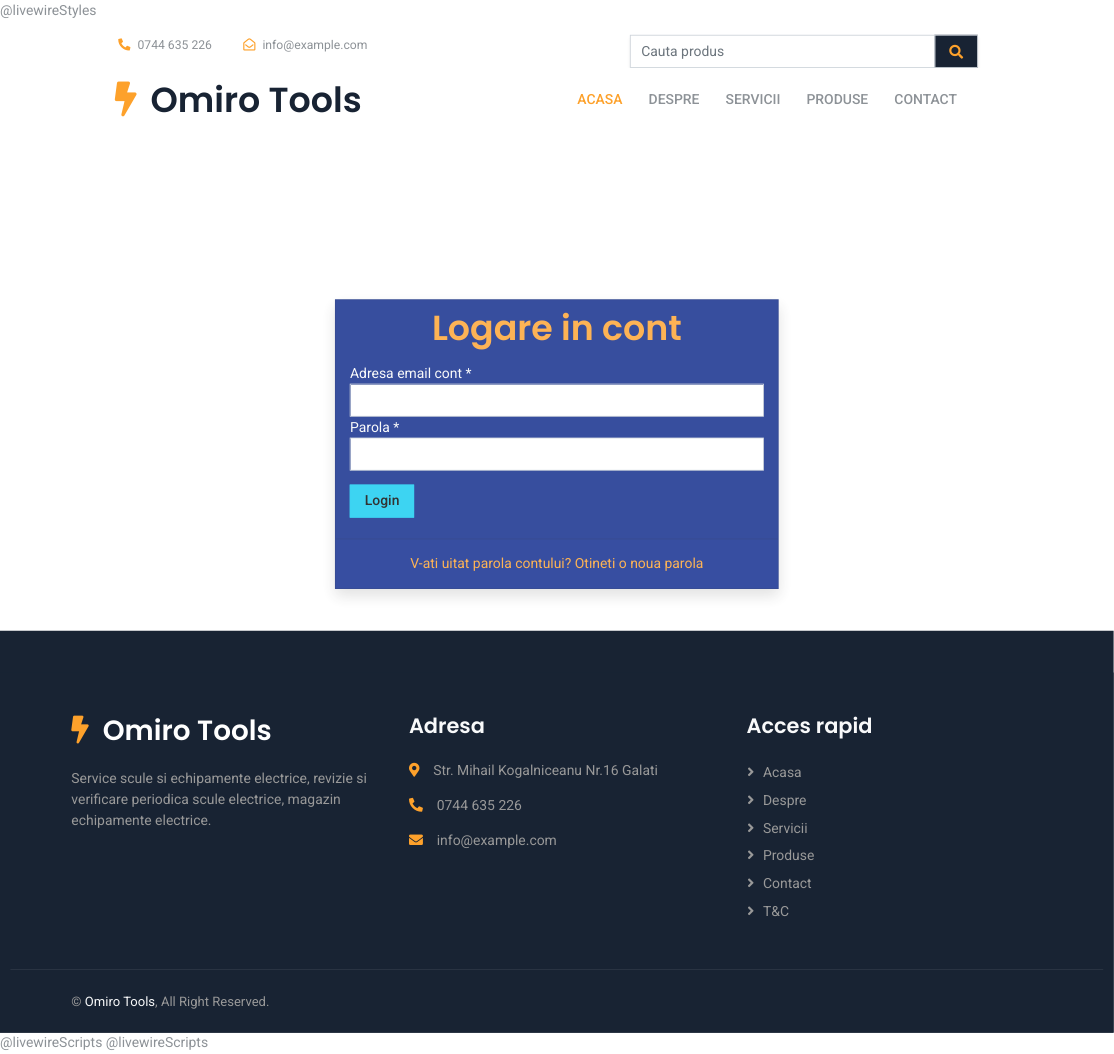
Repository: sorina0109/laravel_test
Page: http://localhost/login
These files come from the project's save history. The page is drawn as it stood at one moment and after the next save; the edit follows.
The browser window is 1280 px wide. The pictures show the whole page, at 87% of full size.
Some web libraries are served in a nearby version. The page is served by the project's Laravel application, run on PHP 8.4 with Laravel 10. Other server files are loaded and not shown.

Above is the page before, as saved 2023-08-15 15:03:19.

### routes/web.php
<?php

use Illuminate\Support\Facades\Route;

/*
|--------------------------------------------------------------------------
| Web Routes
|--------------------------------------------------------------------------
|
| Here is where you can register web routes for your application. These
| routes are loaded by the RouteServiceProvider within a group which
| contains the "web" middleware group. Now create something great!
|
*/

//Route::get('/', function () {
//    return view('welcome');
//});

Route::get('/dashboard', function () {
    return view('dashboard');
})->middleware(['auth'])->name('dashboard');

require __DIR__ . '/auth.php';
// rutele publice
require __DIR__ . '/front/pages.php';
//rutele pentru panoul de control al utilizatorilor
require __DIR__ . '/front/user.php';
//rutele pentru panoul de control al utilizatorilor
require __DIR__ . '/front/contact.php';

//rutele pentru personalul administrativ al sitului
require __DIR__ . '/admin/staff.php';

//rutele pentru userii externi ai sitului
require __DIR__ . '/admin/users.php';

//========================================
//rutele de administrare a continutului
//=======================================


//rutele pentru sectiuni
require __DIR__ . '/admin/content/sections.php';

//rutele pentru categorii
require __DIR__ . '/admin/content/categories.php';

//rutele pentru branduri
require __DIR__ . '/admin/content/brands.php';

//rutele pentru produse
require __DIR__ . '/admin/content/products.php';


// ======================
//rutele frontend pentru continut
// ========================

//rutele publice pentru sectiuni, categorii si produse
require __DIR__ . '/front/content/products.php';

### app/Http/Controllers/Auth/EmailVerificationPromptController.php
<?php

namespace App\Http\Controllers\Auth;

use App\Http\Controllers\Controller;
use App\Providers\RouteServiceProvider;
use Illuminate\Http\Request;

class EmailVerificationPromptController extends Controller
{
    /**
     * Display the email verification prompt.
     *
     * @param  \Illuminate\Http\Request  $request
     * @return mixed
     */
    public function __invoke(Request $request)
    {
        return $request->user()->hasVerifiedEmail()
            // ? redirect()->intended(RouteServiceProvider::HOME)
            ? redirect()->intended(route('home'))
            // : view('auth.verify-email');
            : view('front.user.verify-email');
    }
}

### routes/front/pages.php
<?php
use Illuminate\Support\Facades\Route;
use App\Http\Controllers\Front\PagesController;



//rutele pentru paginile publice
Route::get('/', [PagesController::class, 'homePage'])->name('home');
Route::get('/shop', [PagesController::class, 'shopPage'])->name('shop');
Route::get('/contact', [PagesController::class, 'contactPage'])->name('contact');
Route::get('/servicii', [PagesController::class, 'serviciiPage'])->name('servicii');
Route::get('/despre', [PagesController::class, 'desprePage'])->name('despre');
Route::get('/search', [PagesController::class, 'searchPage'])->name('search');
Route::get('/termeni',[PagesController::class, 'termeniPage'])->name('termeni');

### routes/front/user.php
<?php

use Illuminate\Support\Facades\Route;
use App\Http\Controllers\Front\UserController;

//rutele pentru paginile publice

Route::prefix('user/cpanel')->middleware(['verified', 'auth'])->group(function () {

    Route::get('/', [UserController::class, 'showSettings'])->name('settings');
    Route::get('/reset-pass', [UserController::class, 'showResetPass'])->name('reset-pass');
    Route::post('/reset-pass', [UserController::class, 'resetPass'])->name('change-pass');
    Route::post('/sesizari', [UserController::class, 'sesizariUser'])->name('sesizari');

});

### routes/front/contact.php
<?php

use Illuminate\Support\Facades\Route;
use App\Http\Controllers\Front\UserController;
use App\Http\Controllers\Front\ContactController;


// ruta pentru formularul de contact
Route::post('/contact', [ContactController::class, 'storeContact'])->name('contact.store');

### routes/admin/users.php
<?php

use Illuminate\Support\Facades\Route;
use App\Http\Controllers\Admin\UsersController;



//rutele pentru administrarea userilor externi
Route::prefix('staff/cpanel/users')->middleware(['auth:staff', 'manager'])->group(function () {

    //ruta pentru afisarea userilor externi
    Route::get('show', [UsersController::class, 'showUsers'])->name('show.users');

    // ruta pentru afisare mesaje de la utilizatori
    Route::get('list', [UsersController::class, 'listContact'])->name('list.contact');

    // ruta pentru stergerea mesajelor de la utilizatori
    Route::delete('list/contact/{id}', [UsersController::class, 'deleteContact'])->name('contact.delete');

});

### routes/admin/content/sections.php
<?php

use Illuminate\Support\Facades\Route;
use App\Http\Controllers\Admin\Content\SectionsController;

Route::prefix('staff/content/sections')->middleware(['auth:staff'])->group(function () {
    //afisam lista cu sectiuni
    Route::get('list', [SectionsController::class, 'listSections'])->name('sections.list');
    Route::get('new', [SectionsController::class, 'newSection'])->name('sections.new');

    //crearea unei noi sectiuni
    Route::post('new', [SectionsController::class, 'addSection'])->name('sections.add');
    //afisarea formularului de editare a unei sectiuni
    Route::get('edit/{id}', [SectionsController::class, 'editSection'])->name('sections.edit');
    //updatarea unei sectiuni
    Route::put('update/{id}', [SectionsController::class, 'updateSection'])->name('sections.update');
    //Stergerea unei sectiuni
    Route::delete('delete/{id}', [SectionsController::class, 'deleteSection'])->name('section.delete');
});

### routes/admin/content/categories.php
<?php

use Illuminate\Support\Facades\Route;
use App\Http\Controllers\Admin\Content\CategoriesController;


Route::prefix('staff/content/categories')->middleware(['auth:staff'])->group(function () {
    //afisam lista cu sectiuni
    Route::get('list', [CategoriesController::class, 'listCategories'])->name('categories.list');

    //crearea unei noi categorii pentru o anumita sectiune
    Route::get('new/{id}', [CategoriesController::class, 'newCategory'])->name('categories.new');
    Route::post('new/{id}', [CategoriesController::class, 'addCategory'])->name('categories.add');

    //editarea categoriilor
    Route::get('edit/{id}', [CategoriesController::class, 'editCategory'])->name('categories.edit');
    Route::put('update/{id}', [CategoriesController::class, 'updateCategory'])->name('categories.update');


    //adaugarea unei galerii foto pentru categorii
    Route::get('photos/{id}',  [CategoriesController::class, 'photosCategory'])->name('categories.photos');
});

### routes/admin/content/brands.php
<?php

use Illuminate\Support\Facades\Route;
use App\Http\Controllers\Admin\Content\BrandsController;

Route::prefix('staff/content/brands')->middleware(['auth:staff'])->group(function () {
    //afisam lista cu sectiuni
    Route::get('list', [BrandsController::class, 'listBrands'])->name('brands.list');

    //crearea unui nou brand
    Route::get('new', [BrandsController::class, 'newBrand'])->name('brands.new');
    Route::post('new', [BrandsController::class, 'addBrand'])->name('brands.add');

    //editarea brandurilor
    Route::get('edit/{id}', [BrandsController::class, 'editBrand'])->name('brands.edit');
    Route::put('update/{id}', [BrandsController::class, 'updateBrand'])->name('brands.update');
    Route::delete('delete/{id}', [BrandsController::class, 'deleteBrand'])->name('brand.delete');


    // adaugarea unei galerii foto pentru branduri
    Route::get('photos/{id}',  [BrandsController::class, 'photosCategory'])->name('brands.photos');
});

### routes/admin/content/products.php
<?php

use Illuminate\Support\Facades\Route;
use App\Http\Controllers\Admin\Content\ProductsController;

Route::prefix('staff/content/products')
    ->middleware(['auth:staff'])
    ->controller(ProductsController::class)
    ->group(function () {

        //afisam lista produselor
        Route::get('list', 'listProducts')->name('products.list');

        //crearea unui nou produs
        Route::get('new', 'newProduct')->name('products.new');
        Route::post('new', 'addProduct')->name('products.add');

        //editarea unui produs
        Route::get('edit/{id}/{currentPage?}', 'editProduct')->name('products.edit');
        Route::put('update/{id}', 'updateProduct')->name('products.update');
        Route::delete('delete/{id}', 'deleteBrand')->name('products.delete');

        //adaugarea unei galerii foto pentru categorii
        Route::get('photos/{id}/{currentPage?}',  'photosProducts')->name('products.photos');



        //editarea categoriilor
        // Route::get('edit/{id}', [CategoriesController::class, 'editCategory'])->name('categories.edit');
        // Route::put('update/{id}', [CategoriesController::class, 'updateCategory'])->name('categories.update');


        //adaugarea unei galerii foto pentru categorii
        // Route::get('photos/{id}',  [CategoriesController::class, 'photosCategory'])->name('categories.photos');
    });

### routes/front/content/products.php
<?php


use Illuminate\Support\Facades\Route;
use App\Http\Controllers\Front\SectionsController;
use App\Http\Controllers\Front\BrandsController;
use App\Http\Controllers\Front\ProductController;

//rutele pentru paginile publice
Route::get('/section/{slug}', [SectionsController::class, 'showSection'])->name('section');
Route::get('/section/products/{slug}', [SectionsController::class, 'showSectionProducts'])->name('section.products');

//Afisam pagina unei categorii
Route::get('/category/{slug}', [SectionsController::class, 'showCategory'])->name('category');
Route::get('/category/products/{slug}', [SectionsController::class, 'showCategoryProducts'])->name('category.products');


//afisam pagina cu brandurui in front-end
Route::get('brands/', [BrandsController::class, 'listBrands'])->name('brands');

//afisam pagina unui brand
Route::get('brand/{slug}', [BrandsController::class, 'viewBrand'])->name('brand');

//afisam produsele unui brand
Route::get('brand/products/{slug}', [BrandsController::class, 'viewBrandProducts'])->name('brand.products');


// routa unui produs
Route::get('product/{slug}', [ProductController::class, 'showProduct'])->name('product');

//routa de cautare produse
Route::get('products/search', [ProductController::class, 'searchProduct'])->name('products.search');

### app/Http/Controllers/Auth/AuthenticatedSessionController.php
<?php

namespace App\Http\Controllers\Auth;

use App\Http\Controllers\Controller;
use App\Http\Requests\Auth\LoginRequest;
use App\Providers\RouteServiceProvider;
use Illuminate\Http\Request;
use Illuminate\Support\Facades\Auth;

class AuthenticatedSessionController extends Controller
{
    /**
     * Display the login view.
     *
     * @return \Illuminate\View\View
     */
    public function create()
    {
        return view('front.user.login');
    }

    /**
     * Handle an incoming authentication request.
     *
     * @param  \App\Http\Requests\Auth\LoginRequest  $request
     * @return \Illuminate\Http\RedirectResponse
     */
    public function store(LoginRequest $request)
    {
        $request->authenticate();

        $request->session()->regenerate();

        //return redirect()->intended(RouteServiceProvider::HOME);
        return redirect()->intended(route('home'));
    }

    /**
     * Destroy an authenticated session.
     *
     * @param  \Illuminate\Http\Request  $request
     * @return \Illuminate\Http\RedirectResponse
     */
    public function destroy(Request $request)
    {
        Auth::guard('web')->logout();

        $request->session()->invalidate();

        $request->session()->regenerateToken();

        return redirect('/');
    }
}

### resources/views/front/template.blade.php
@include('front.partials.head')

<body>

    <!-- Top Start -->
    <section class="top bg-white ">
        <div class="container-fluid px-xl-5  ">
            <div class="row px-xl-5 ">
                @include('front.partials.topbar')
                @include('front.partials.navbar')

            </div>
        </div>
    </section>
    <!-- Top End -->

    <!-- Content Start -->
    <section class="content">

        @yield('content')
    </section>
    <!-- Content End -->

    <!-- Footer Start -->
    <section class="footer bg-dark pt-5">

        @include('front.partials.footer')
    </section>
    <!-- Footer End -->


    <!-- Back to Top -->
    <a href="#" class="btn btn-lg btn-primary btn-lg-square back-to-top"><i class="bi bi-arrow-up"></i></a>

    @include('front.partials.scripts')

    @livewireScripts

</body>

</html>

### resources/views/front/partials/topbar.blade.php
<!-- Topbar Start -->
<div class="container-fluid p-0">
    <div class="row  d-none d-lg-flex">
        <div class="col-lg-6 px-5 text-start">
            <div class="h-100 d-inline-flex align-items-center px-3">
                <small class="fa text-primary fa-phone-alt me-2"></small>
                <small>0744 635 226</small>
            </div>
            <div class="h-100 d-inline-flex align-items-center px-3">
                <small class="far text-primary fa-envelope-open me-2"></small>
                <small>info@example.com</small>
            </div>
            <div class="h-100 d-inline-flex align-items-center px-3">
                <small class="far text-primary fa-clock me-2"></small>
                <small>Luni - Vineri : 08.30 - 17.30</small>
            </div>
        </div>
        <div class="col-lg-6 d-none d-lg-block text-center pt-3" >
            <form style="display: inline-block;" action="{{ route('search') }}" method="GET" id="search-bar">
                <div class="input-group shadow-sm" style="width: 400px;">
                    <input name="search_product" type="text" class="form-control " placeholder="Cauta produs" >
                    <div class="input-group-append" onclick="document.getElementById('search-bar').submit()"
                            style="cursor:pointer;">
                        <span class="input-group-text shadow-sm bg-dark text-light">
                                <i class="fa text-primary fa-search p-1"></i>
                        </span>
                    </div>
                </div>
            </form>
        </div>

    </div>
</div>
<!-- Topbar End -->

### resources/views/front/partials/navbar.blade.php


<nav class="navbar navbar-expand-lg bg-white navbar-light sticky-top px-4 px-lg-5 py-lg-0">
    <a href="{{ route('home')}}" class="navbar-brand d-flex align-items-center">
        <h1 class="m-0"><i class="fa fa-bolt  text-primary me-3"></i>Omiro Tools</h1>
    </a>
    <button type="button" class="navbar-toggler" data-bs-toggle="collapse" data-bs-target="#navbarCollapse">
        <span class="navbar-toggler-icon"></span>
    </button>
    <div class="collapse navbar-collapse px-5" id="navbarCollapse">

        <div class="navbar-nav ms-auto py-3 py-lg-0">
            <a href="{{ route('home')}}" class="nav-item nav-link active">Acasa</a>
            <a href="{{ route('despre')}}" class="nav-item nav-link">Despre</a>
            <a href="{{ route('servicii')}}" class="nav-item nav-link">Servicii</a>
            <a href="{{ route('shop')}}" class="nav-item nav-link">Produse</a>
            <a href="{{ route('contact')}}" class="nav-item nav-link">Contact</a>
        </div>
    </div>
</nav>

### resources/views/front/partials/scripts.blade.php


<!-- JavaScript Libraries -->

<script src="https://code.jquery.com/jquery-3.4.1.min.js"></script>
<script src="https://cdn.jsdelivr.net/npm/bootstrap@5.0.0/dist/js/bootstrap.bundle.min.js"></script>

<script src="{{ asset('front/lib/wow/wow.min.js') }}"></script>
    <script src="{{ asset('front/lib/easing/easing.min.js') }}"></script>
    <script src="{{ asset('front/lib/waypoints/waypoints.min.js') }}"></script>
    <script src="{{ asset('front/lib/owlcarousel/owl.carousel.min.js') }}"></script>

<!-- Contact Javascript File -->
<script src="{{ asset('front/mail/jqBootstrapValidation.min.js') }}"></script>
<script src="{{ asset('front/mail/contact.js') }}"></script>

<!-- Template Javascript -->

<script src="{{asset('front/js/main.js') }}"></script>

<script src="{{asset('front/js/custom.js') }}"></script>
<script src="//cdn.jsdelivr.net/npm/sweetalert2@11"></script>

@livewireScripts
@yield('customJs')

Loaded but not shown: routes/auth.php (common file); app/Http/Controllers/Controller.php (common file); app/Http/Controllers/Auth/VerifyEmailController.php (common file); public/front/lib/animate/animate.min.css (library); public/front/lib/owlcarousel/assets/owl.carousel.min.css (common file); public/front/css/bootstrap.min.css (library); public/front/lib/wow/wow.min.js (library); public/front/lib/easing/easing.min.js (common file); public/front/lib/waypoints/waypoints.min.js (library); public/front/lib/owlcarousel/owl.carousel.min.js (library); public/front/js/main.js (58 lines, source omitted); public/front/css/style.css (358 lines, source omitted); resources/views/front/partials/footer.blade.php (52 lines, source omitted); resources/views/front/user/login.blade.php (53 lines, source omitted); routes/admin/staff.php (49 lines, source omitted); resources/views/front/partials/head.blade.php (42 lines, source omitted); public/front/css/custom.css (empty)

After the next save:
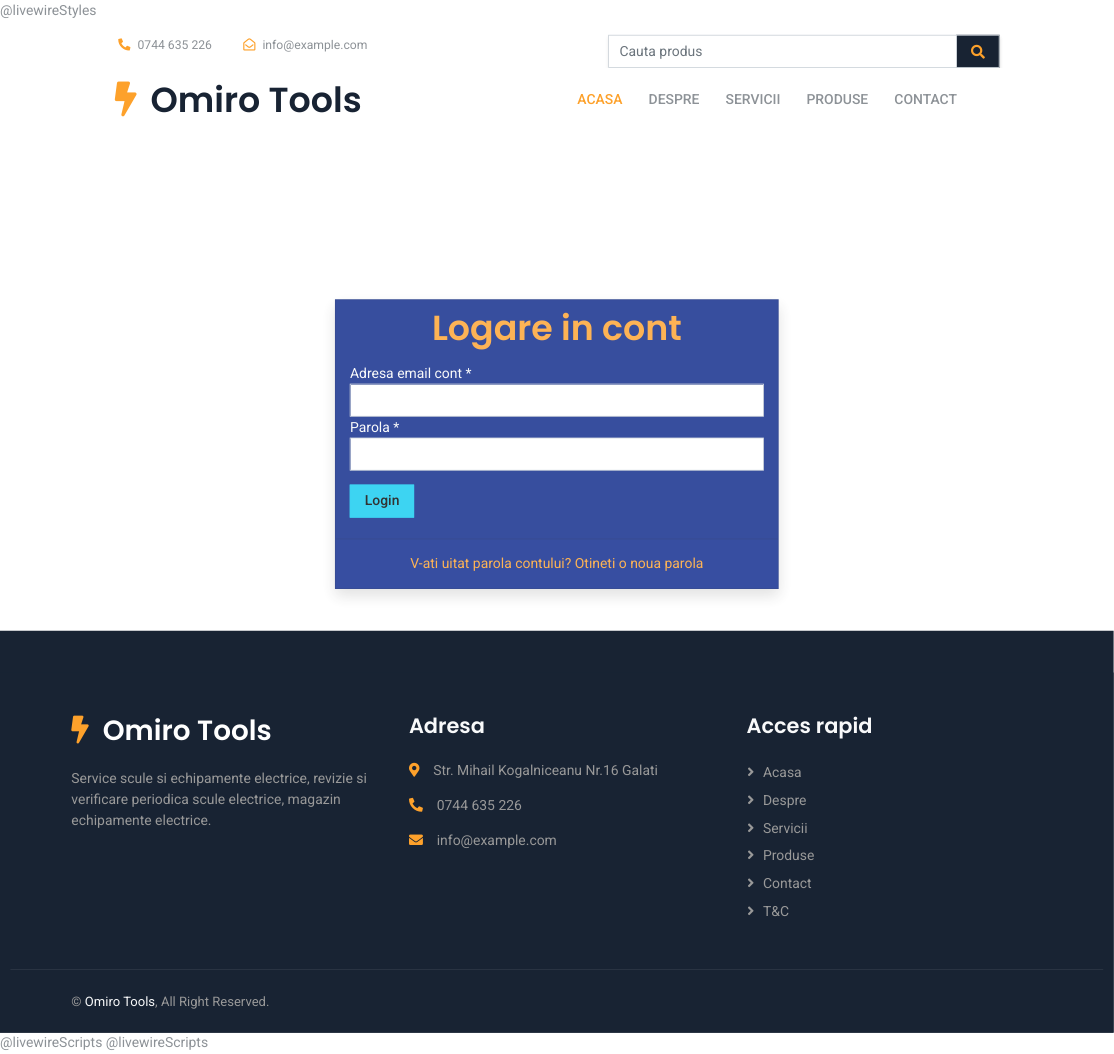
Saved 17 s later.
--- a/resources/views/front/partials/topbar.blade.php
+++ b/resources/views/front/partials/topbar.blade.php
@@ -17,7 +17,7 @@
         </div>
         <div class="col-lg-6 d-none d-lg-block text-center pt-3" >
             <form style="display: inline-block;" action="{{ route('search') }}" method="GET" id="search-bar">
-                <div class="input-group shadow-sm" style="width: 400px;">
+                <div class="input-group shadow-sm" style="width: 450px;">
                     <input name="search_product" type="text" class="form-control " placeholder="Cauta produs" >
                     <div class="input-group-append" onclick="document.getElementById('search-bar').submit()"
                             style="cursor:pointer;">

After the 2 saves that followed:
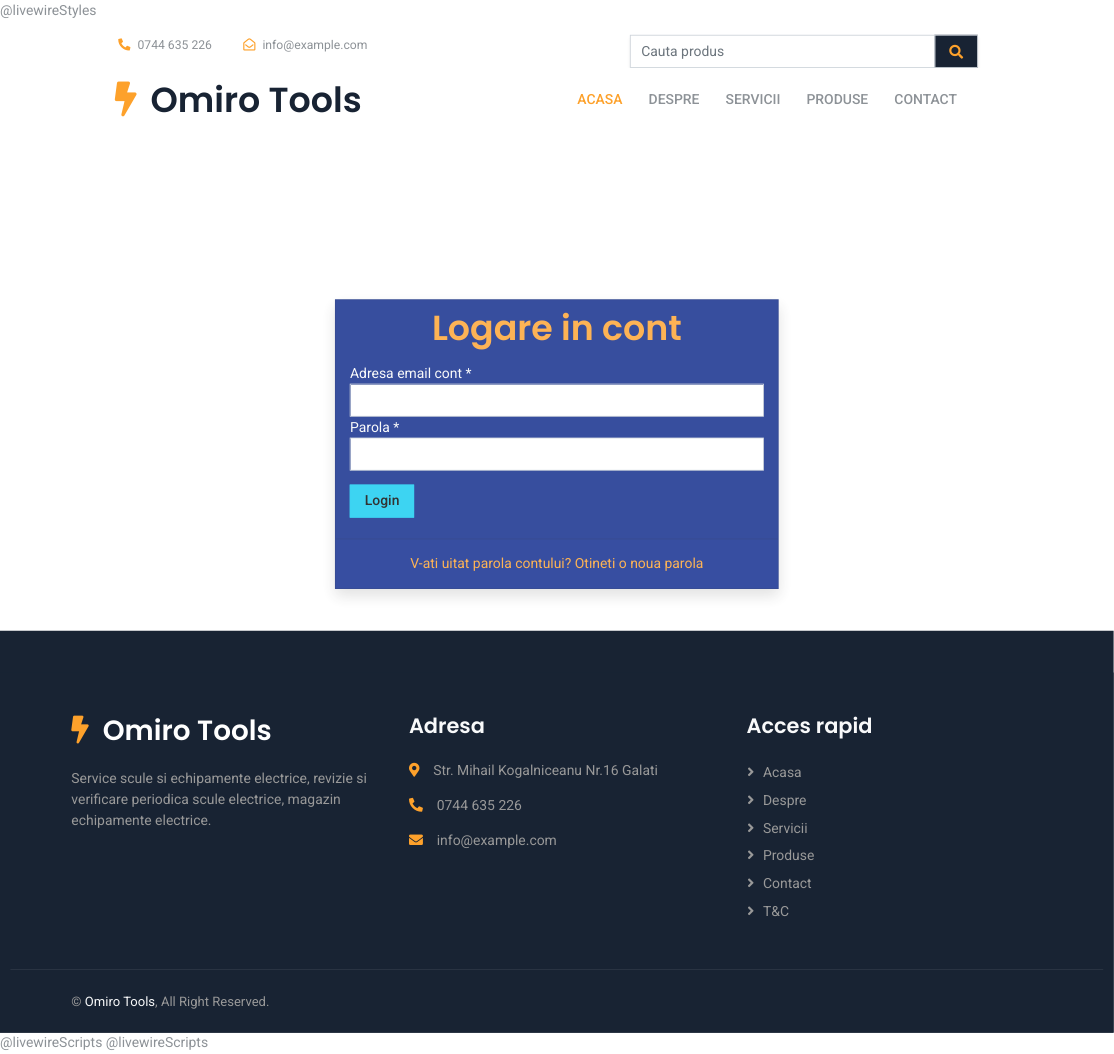
The 2 saves are shown as one change because 1 left the picture as it was.
The last was saved 40 s later.
--- a/resources/views/front/partials/topbar.blade.php
+++ b/resources/views/front/partials/topbar.blade.php
@@ -15,9 +15,9 @@
                 <small>Luni - Vineri : 08.30 - 17.30</small>
             </div>
         </div>
-        <div class="col-lg-6 d-none d-lg-block text-center pt-3" >
+        <div class="col-lg-6 d-none d-lg-block text-center pl-5 pt-3" >
             <form style="display: inline-block;" action="{{ route('search') }}" method="GET" id="search-bar">
-                <div class="input-group shadow-sm" style="width: 450px;">
+                <div class="input-group shadow-sm" style="width: 400px;">
                     <input name="search_product" type="text" class="form-control " placeholder="Cauta produs" >
                     <div class="input-group-append" onclick="document.getElementById('search-bar').submit()"
                             style="cursor:pointer;">
